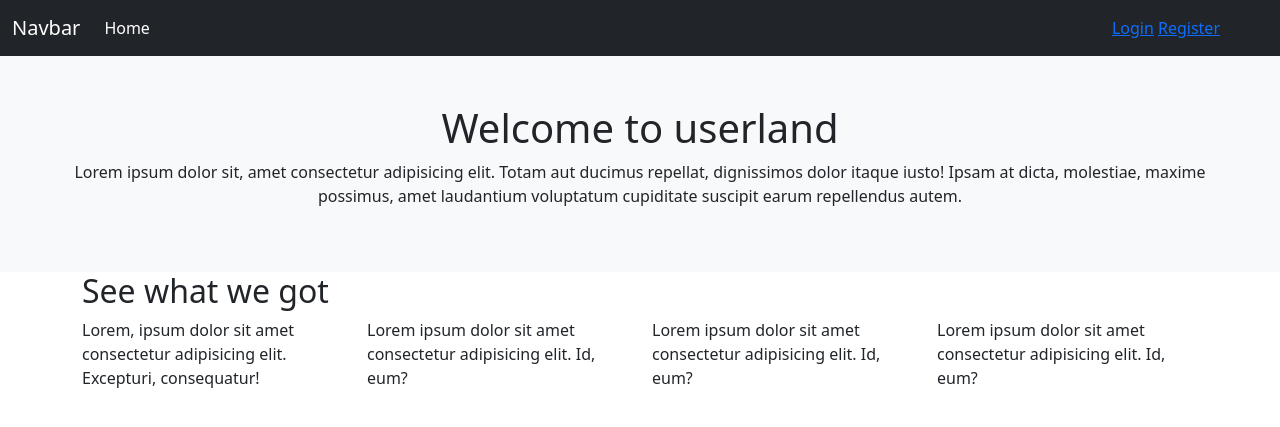
Repository: BrittleHeart/symfony-users--crud
Page: templates/home/home.html.twig
The author's editor kept a copy of each file at every save. The page is drawn from the files as they stood at one save, then again after a run of saves.
The browser window is 1280 px wide. The pictures show the whole page.
The page is a Twig template of a Symfony application; nobody is signed in and links lead nowhere. The template is opened directly, without the code that normally fills it, so the values that code supplies are empty.

Above is the page before, as saved 2021-02-20 15:50:45.

After the next 2 saves:
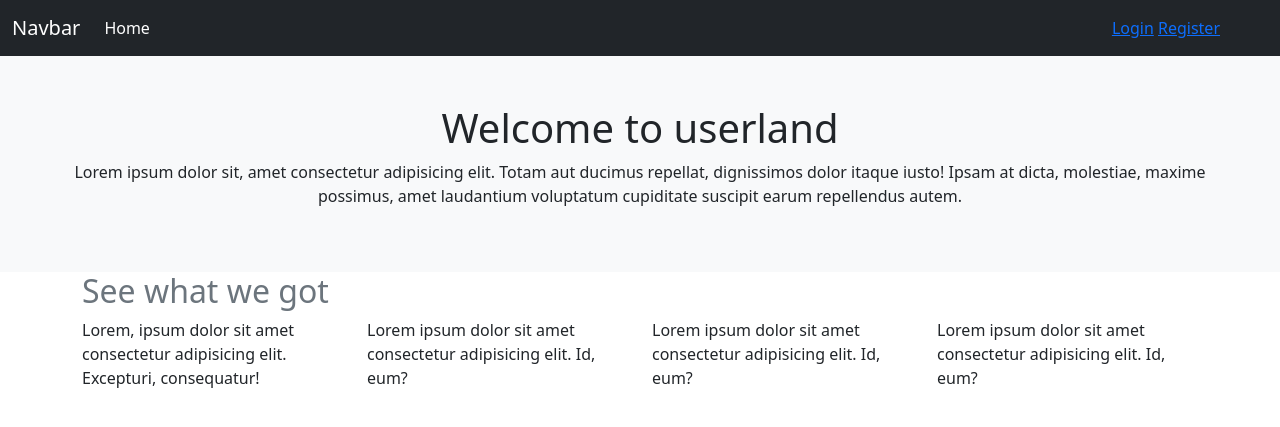
The 2 saves are shown as one change because they came seconds apart.
The last was saved 6 s later.
--- a/templates/home/home.html.twig
+++ b/templates/home/home.html.twig
@@ -9,7 +9,7 @@
 
 	<main class="main">
 		<div class="container">
-			<h2 >See what we got</h2>
+			<h2 class="text-muted">See what we got</h2>
 			<div class="row">
 				<div class="col-md-3">Lorem, ipsum dolor sit amet consectetur adipisicing elit. Excepturi, consequatur!</div>
 				<div class="col-md-3">Lorem ipsum dolor sit amet consectetur adipisicing elit. Id, eum?</div>
